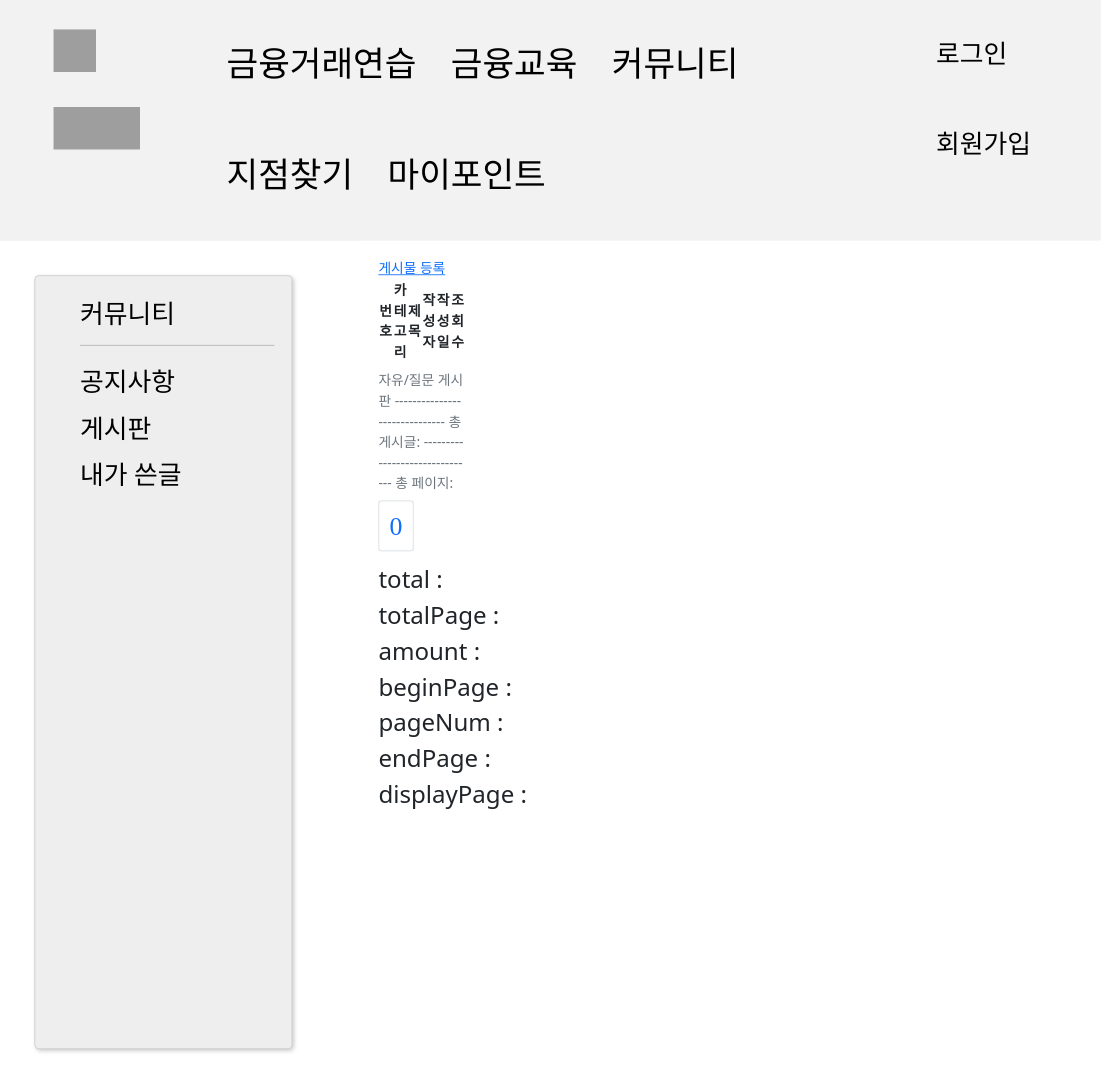
Repository: syc98syc/KB04_TeamProject
Page: http://localhost/jgig/WEB-INF/jsp/board/list.jsp
These files come from the project's save history. The page is drawn as it stood at one moment and after the next save; the edit follows.
The browser window is 1280 px wide. The pictures show the whole page, at 86% of full size.
Pictures or frames that could not be fetched are drawn as grey boxes. Some web fonts or font styles are not loaded; a fallback is used. The page is served by Tomcat 9. Nobody is signed in. Other server files are loaded and not shown. The template is opened directly, without the code that normally fills it, so the values that code supplies are empty.

Above is the page before, as saved 2023-09-08 04:48:33.

### jgig/src/main/webapp/WEB-INF/jsp/board/list.jsp
<%@ page language="java" contentType="text/html; charset=UTF-8"
    pageEncoding="UTF-8"%>
<%@ taglib uri="http://java.sun.com/jsp/jstl/core" prefix="c" %>
<!DOCTYPE html>
<html>
<head>
<link href="https://cdn.jsdelivr.net/npm/bootstrap@5.0.2/dist/css/bootstrap.min.css" rel="stylesheet" integrity="sha384-EVSTQN3/azprG1Anm3QDgpJLIm9Nao0Yz1ztcQTwFspd3yD65VohhpuuCOmLASjC" crossorigin="anonymous">
<meta charset="UTF-8">
<title>웹게시물 목록</title>
<style>
#content {
 	margin-left: 420px; /* 사이드바 너비 + 여백만큼 오른쪽으로 밀어줍니다. */
    flex-grow: 1; /* 남은 공간을 모두 차지하도록 설정 */
    background-color: #fff; /* 배경색 설정 */
    padding: 20px; /* 내부 여백 설정 */
}
</style>
</head>
<body>
<%@ include file="../include/top_navbar.jsp" %>
<%@ include file="../include/left_navbar.jsp" %>
<div id="content">
	<a href="/jgig/board_insert_form">게시물 등록</a> <br>
	<table width= 50>
	<caption>자유/질문 게시판 ------------------------------ 총 게시글: ${requestScope.total } ------------------------------- 총 페이지: ${criteria.totalPage }</caption>
		<tr>
		<th>번호</th>
		<th>카테고리</th>
		<th>제목</th>
		<th>작성자</th>
		<th>작성일</th>
		<th>조회수</th>
		<c:forEach items="${board_list}" var="brd">
		<tr>
			<td>${brd.brd_id }</td>
			<td>${brd.brd_category }</td>
			<td><a href="board_detail?no=${brd.brd_id}">${brd.title}</a></td>
			<td>${brd.mem_id }</td>
			<td>${brd.brd_date_created }</td>
			<td>${brd.brd_view }</td>
		</tr>
		</c:forEach>
	</table>
	<nav aria-label="Page navigation example">
  <ul class="pagination">
  <c:if test="${criteria.prev}">
    <li class="page-item"><a class="page-link" href="board_list?pageNum=${criteria.pageNum-1 }">이전</a></li>
  </c:if>
  <c:forEach begin="${criteria.beginPage}" end="${criteria.endPage}" var="idx">
 				 <li class="page-item"><a class="page-link" href="board_list?pageNum=${idx}"> ${idx} </a></li>
			</c:forEach>
    <c:if test="${criteria.next}">
    <li class="page-item"><a class="page-link" href="board_list?pageNum=${criteria.pageNum+1 }">다음</a></li>
	</c:if>
  </ul>
</nav>
	<h3>total : ${requestScope.total }</h3>
	<h3>totalPage : ${criteria.totalPage }</h3>
	<h3>amount : ${criteria.amount }</h3>
	<h3>beginPage : ${criteria.beginPage }</h3>
	<h3>pageNum : ${criteria.pageNum }</h3>
	<h3>endPage : ${criteria.endPage }</h3>
	<h3>displayPage : ${criteria.displayPage }</h3>
</div>
</body>
</html>

### jgig/src/main/webapp/WEB-INF/jsp/include/top_navbar.jsp
<%@ page language="java" contentType="text/html; charset=UTF-8"
    pageEncoding="UTF-8"%>
<!DOCTYPE html>
<html>
<head>
<meta charset="UTF-8">
<title>Insert title here</title>
<style>
@import url('https://fonts.googleapis.com/css2?family=Nanum+Gothic+Coding:wght@700&display=swap');  /* 글꼴 */

/* 상단 메뉴 스타일 */
        #top-menu {
            background-color: #F2F2F2;
            color: #fff;
            padding: 10px;
            width: 100%;
             display: flex;
  justify-content: center;
        }


    #img1 {
		width: 7vmin;
		height: 7vmin;
	}


	#img2 {
		width: 14vmin;
		height: 7vmin;
	}

	#top-menu a {
    color: #000; /* 링크 글꼴 색상 설정 */
    text-decoration: none; /* 링크 밑줄 제거 */
}

	#top-menu ul{
		list-style: none;
	}
	#top-menu li{
		font-family: 'Nanum Gothic Coding', cursive;
		float: left;
		background: #F2F2F2;
		padding:5px 10px;
		font-size: 40px;
		margin: 10px;
	}

	#top-menu ul li a{
		line-height: 2.5;
	}

	#nav3 ul li{
		font-size:30px;
	}
</style>
</head>
<body>
	<div id = "top-menu">
		<nav id = "nav1">
				<ul>
					<li><img id="img1" src="../resources/img/KB.png"></li>
					<li><img id="img2" src="../resources/img/지금입금.png"></li>
				</ul>
		</nav id = "nav2">
		<nav>
				<ul>
					<li class="menu1"><a href="#">금융거래연습</a></li>
					<li class="menu2"><a href="#">금융교육</a></li>
					<li class="menu3"><a href="#">커뮤니티</a></li>
					<li class="menu4"><a href="#">지점찾기</a></li>
					<li class="menu5"><a href="#">마이포인트</a></li>
				</ul>
		</nav>
		<nav id = "nav3">
				<ul>
					<li class="menu6"><a href="#">로그인</a></li>
					<li class="menu7"><a href="#">회원가입</a></li>
				</ul>
		</nav>
	</div>

</body>
</html>

### jgig/src/main/webapp/WEB-INF/jsp/include/left_navbar.jsp
<%@ page language="java" contentType="text/html; charset=UTF-8"
    pageEncoding="UTF-8"%>
<!DOCTYPE html>
<html>
<head>
<meta charset="UTF-8">
<title>Insert title here</title>
<style>

@import url('https://fonts.googleapis.com/css2?family=Nanum+Gothic+Coding:wght@700&display=swap');  /* 글꼴 */
/* 좌측 사이드바 스타일 */
#sidebar {
    width: 300px; /* 박스 컨테이너의 너비 설정 */
    height: 900px; /* 박스 컨테이너의 높이 설정 */
    background-color: #eee; /* 배경색 설정 */
    color: #000; /* 글꼴 색상 설정 */
    padding: 20px; /* 내부 여백 설정 */
    border: 1px solid #ccc; /* 박스 컨테이너의 테두리 설정 */
    border-radius: 5px; /* 박스 컨테이너의 모서리를 둥글게 설정 */
    box-shadow: 2px 2px 5px rgba(0, 0, 0, 0.2); /* 그림자 효과 추가 */
    line-height: normal;
    display: inline-block;
    vertical-align: middle;
    margin: 40px;
    float: left; /*왼쪽에 떠있게*/
}

/* 좌측 사이드바 링크 스타일 */
#sidebar a {
    color: #000; /* 링크 글꼴 색상 설정 */
    text-decoration: none; /* 링크 밑줄 제거 */
}

/* 좌측 사이드바 링크 호버 스타일 */
#sidebar a:hover {
    text-decoration: underline; /* 호버 상태에서 밑줄 추가 */
}

/* 좌측 사이드바 제목 스타일 */
#sidebar
	ul{
		list-style: none;
	}
	li{
		font-family: 'Nanum Gothic Coding', cursive;
		display: block; /* 각 <li> 요소를 한 줄에 하나씩 표시 */
		background: #eee;
		font-size: 30px;
	}

	#sidebar ul li a{
		line-height: 1.8;
	}

</style>
</head>
<body>
	<div id = "sidebar">
		<nav>
				<ul>
					<li>커뮤니티</li> <hr>
					<li class="menu1"><a href="#">공지사항</a></li>
					<li class="menu2"><a href="#">게시판</a></li>
					<li class="menu3"><a href="#">내가 쓴글</a></li>
				</ul>
		</nav>
	</div>

</body>
</html>

After the next save:
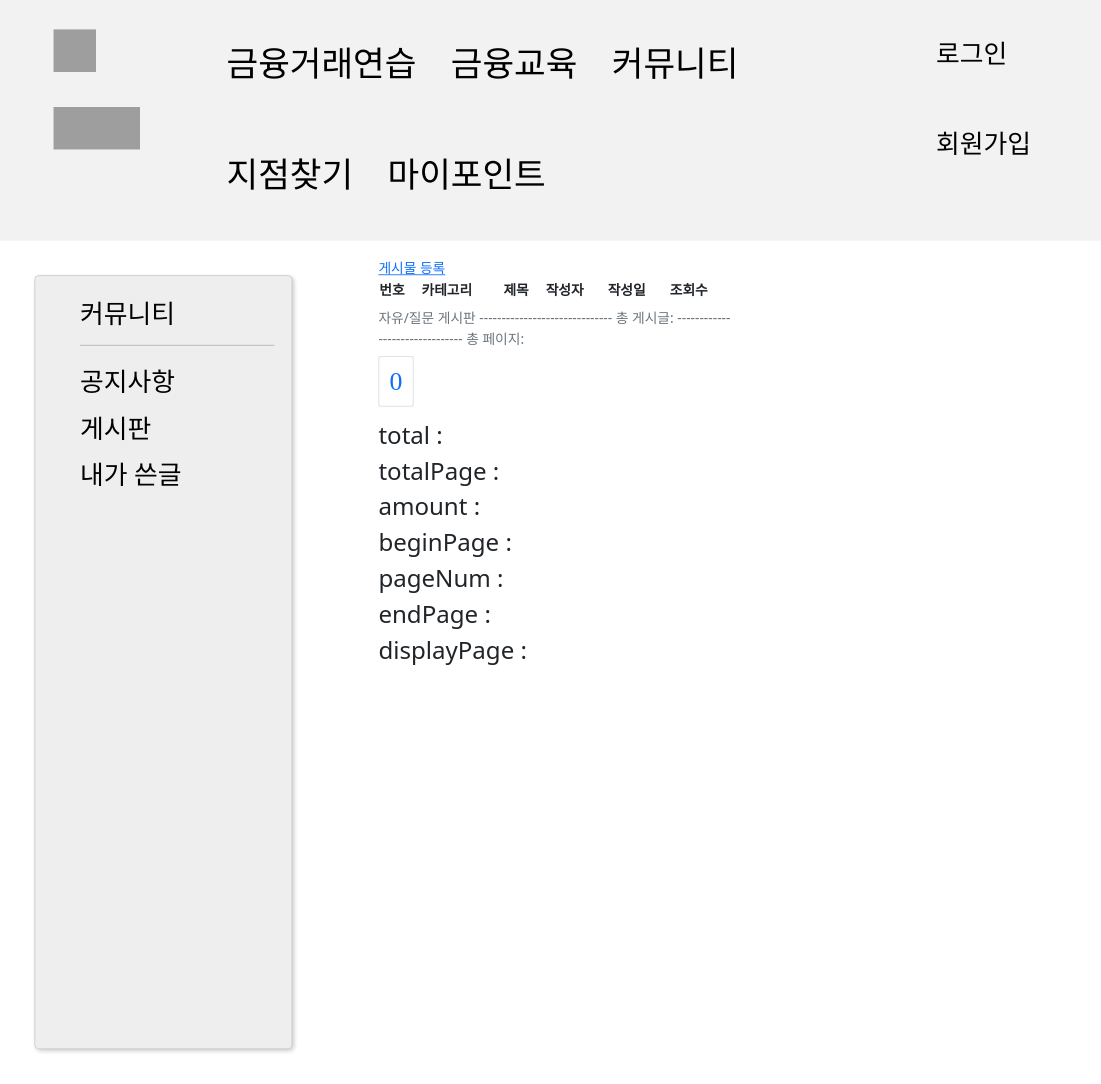
Saved 11 s later.
--- a/jgig/src/main/webapp/WEB-INF/jsp/board/list.jsp
+++ b/jgig/src/main/webapp/WEB-INF/jsp/board/list.jsp
@@ -21,7 +21,7 @@
 <%@ include file="../include/left_navbar.jsp" %>
 <div id="content">
 	<a href="/jgig/board_insert_form">게시물 등록</a> <br>
-	<table width= 50>
+	<table width= 50%>
 	<caption>자유/질문 게시판 ------------------------------ 총 게시글: ${requestScope.total } ------------------------------- 총 페이지: ${criteria.totalPage }</caption>
 		<tr>
 		<th>번호</th>
